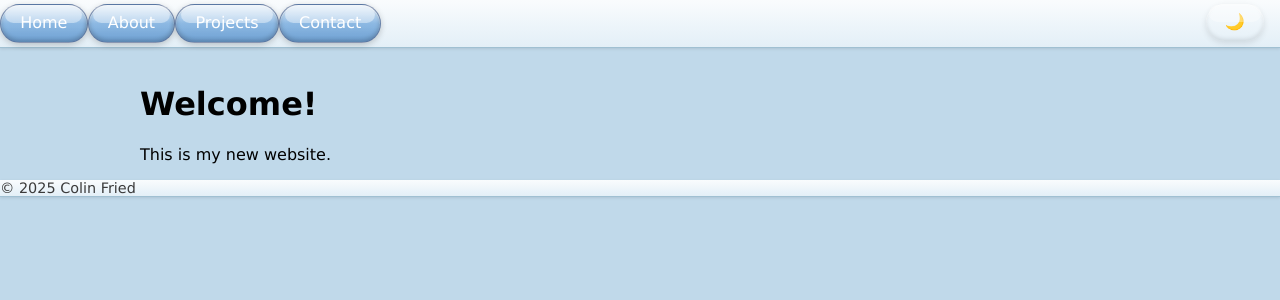
Repository: colinfdsaui/colin
Page: website.html
An editor plug-in stored every save of this project. The page is shown before and after the next save, followed by the edit.
The browser window is 1280 px wide. The pictures show the whole page.

Above is the page before, as saved 2025-07-09 09:42:41.

After the next save:
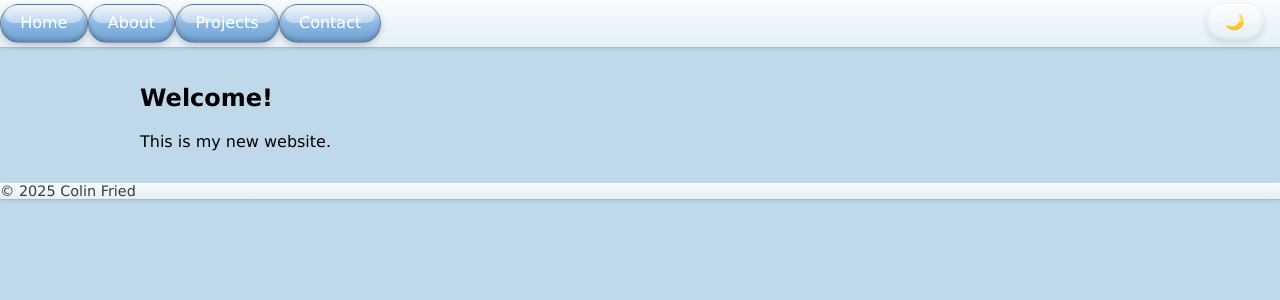
Saved 9 s later.
--- a/website.html
+++ b/website.html
@@ -42,9 +42,9 @@
 
   <!-- Main Content -->
   <main>
-      <h1>Welcome!</h1>
-    <section id="hero">
-      This is my new website.
+      <section id="hero">
+        <h2>Welcome!</h2>
+      <p>This is my new website.</p>
     </section>
   </main>
 
